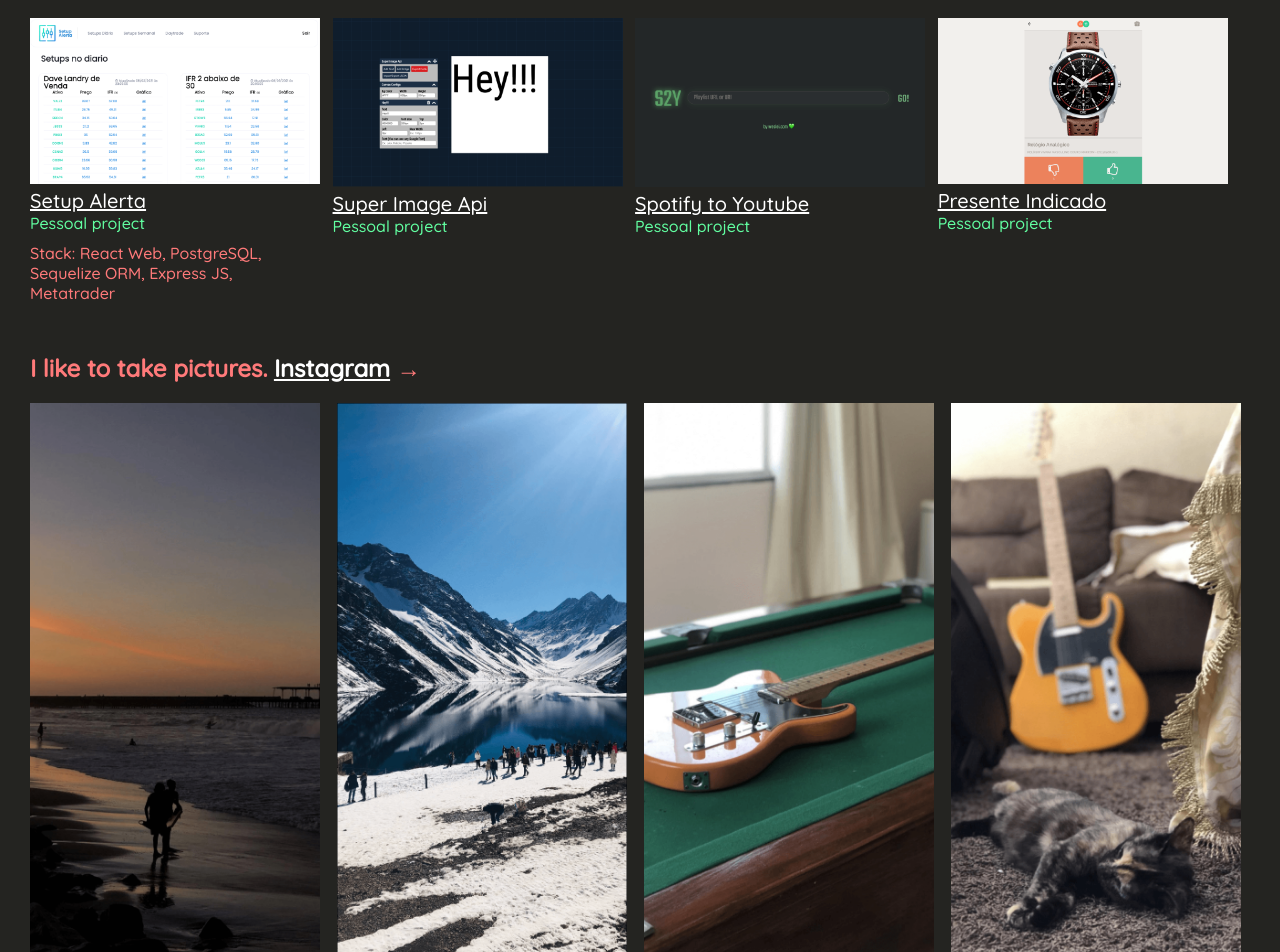
Repository: wprudencio/mywebsite
Page: index_src.html
An editor plug-in stored every save of this project. The page is shown before and after the next save, followed by the edit.
The browser window is 1280 px wide. The pictures show the part of the page from y = 372 to 1324 px (the page is 2030 px tall before and 2032 px after).

Above is the page before, as saved 2021-04-15 21:26:56.

### index_src.html
<!DOCTYPE html>
<html lang="en">
  <head>
    <meta charset="UTF-8" />
    <meta name="viewport" content="width=device-width, initial-scale=1.0" />
    <meta http-equiv="X-UA-Compatible" content="ie=edge" />
    <meta name="description" content="Software Developer with a Passion for Music. I like math, design, music, photography, technology and sports.">
    <meta name="keywords" content="Software Engineer,nodejs,node,node.js,javascript,react,react-native,react,postgree,dokku,docker,css,html,fullstack,fullstack developer">
    <title>Weslei Prudencio - Fullstack Developer</title>
    <link rel="stylesheet" type="text/css" href="style.css" />
    <link rel="preconnect" href="https://fonts.gstatic.com" />
    <link rel="shortcut icon" href="img/favicon.ico">
    <link
      href="https://fonts.googleapis.com/css2?family=Quicksand:wght@500&display=swap"
      rel="stylesheet"
    />
  </head>
  <body>
    <div class="header">
      <div class="titles">
        <h1 class="title">I'm Weslei Prudencio</h1>
        <div class="subtile subcolor">
          Software Developer with a Passion for Music. Living in <a target="_blank" href="https://www.google.com/maps/search/fortaleza/@-3.7402515,-38.5448821,14.12z">Fortaleza</a>,
          Brazil. I like math, design, music, photography, technology and sports.
        </div>
        <div class="social-links">
          <a target="_blank" href="/img/contactme.png">Email</a> . <a target="_blank" href="https://api.whatsapp.com/send?phone=+5585997731370&text=hey!"> Whatsapp</a> . <a target="_blank" href="https://github.com/wprudencio">Github</a> .
          <a target="_blank" href="https://stackoverflow.com/users/1723176/weslei-prudencio">Stackoverflow</a> . <a target="_blank" href="https://www.instagram.com/wesprudencio/">Instagram</a> .
          <a target="_blank" href="https://www.youtube.com/user/wesleiwpa">Youtube</a> . <a target="_blank" href="https://www.strava.com/athletes/46133690">Strava</a>
        </div>
      </div>
      <div class="profile-picture"><img src="./img/weslei.png" /></div>
    </div>

    <section class="code">
      <h1 class="title">
        I like to code . <a href="https://github.com/wprudencio" target="_blank" class="subcolor">GitHub</a>
        <span class="hide-on-mobile">→</span>
      </h1>
      <div class="hide-on-mobile">

        <div class="code-content">
          <img src="img/screenshot_setupalerta.png" width="300" />
          <div class="title"><a class="title" href="https://www.setupalerta.com.br">Setup Alerta</a></div>
          <div class="subtitle">Pessoal project</div>
          <div class="description">
            Stack: React Web, PostgreSQL, Sequelize ORM, Express JS, Metatrader
          </div>
        </div>
        <div class="code-content">
          <img src="img/screenshot_superimageapi.png" width="300" />
          <div class="title"><a class="title" href="https://superimageapi.weslei.com/">Super Image Api</a></div>
          <div class="subtitle">Pessoal project</div>
          <!-- <div class="description">
            Software Developer with a Passion for music and design. Living in Fortaleza,
            Brazil. I like music, design, technology, and found in software
            development the perfect balance. Django
          </div> -->
        </div>
        <div class="code-content">
          <img src="img/screenshot_s2y.png" width="300" />
          <div class="title"><a class="title" href="https://spotifytoyoutube.weslei.com/">Spotify to Youtube</a></div>
          <div class="subtitle">Pessoal project</div>
          <!-- <div class="description">
            Software Developer with a Passion for Design. Living in Fortaleza,
            Brazil. I like math, design, technology, and found in software
            development the perfect balance. Django
          </div> -->
        </div>
        <div class="code-content">
          <img src="img/screenshot_presenteindicado.png" width="300" />
          <div class="title"><a class="title" href="https://presenteindicado.herokuapp.com/">Presente Indicado</a></div>
          <div class="subtitle">Pessoal project</div>
          <!-- <div class="description">
            Software Developer with a Passion for music and design. Living in Fortaleza,
            Brazil. I like music, design, technology, and found in software
            development the perfect balance. Django
          </div> -->
        </div>

        <!-- <div class="code-content">
          <img src="img/screenshot_s2y.png" width="300" />
          <div class="title">Setup Alerta</div>
          <div class="subtitle">Pessoal project</div>
          <div class="description">
            Software Developer with a Passion for Design. Living in Fortaleza,
            Brazil. I like math, design, technology, and found in software
            development the perfect balance. Django
          </div>
        </div> -->
      </div>
    </section>

    <section class="photo">
      <h1 class="title">
        I like to take pictures. <a href="https://www.instagram.com/wesprudencio/" target="_blank" class="subcolor">Instagram</a href="">
        <span class="hide-on-mobile">→</span>
      </h1>
      <div class="section-content hide-on-mobile">
        <img src="img/photo1.png" />
        <img src="img/photo2.png" />
        <img src="img/photo3.png" />
        <img src="img/photo4.png" />
      </div>
    </section>
    <section class="music">
      <h1 class="title">
        I like to play . <a href="https://www.youtube.com/user/wesleiwpa" target="_blank" class="subcolor">YouTube</a>
        <span class="hide-on-mobile">→</span>
      </h1>
      <div class="section-content hide-on-mobile">
        <iframe
          src="https://www.youtube.com/embed/yPIpGEmBJB4"
          frameborder="0"
          allow="accelerometer; autoplay; clipboard-write; encrypted-media; gyroscope; picture-in-picture"
          allowfullscreen
        ></iframe>
        <iframe
          src="https://www.youtube.com/embed/cLxHDwdbUxs"
          frameborder="0"
          allow="accelerometer; autoplay; clipboard-write; encrypted-media; gyroscope; picture-in-picture"
          allowfullscreen
        ></iframe>
        <iframe
          src="https://www.youtube.com/embed/GoNQzONj6T8"
          frameborder="0"
          allow="accelerometer; autoplay; clipboard-write; encrypted-media; gyroscope; picture-in-picture"
          allowfullscreen
        ></iframe>
        <iframe
          src="https://www.youtube.com/embed/zvhm4AExjm4"
          frameborder="0"
          allow="accelerometer; autoplay; clipboard-write; encrypted-media; gyroscope; picture-in-picture"
          allowfullscreen
        ></iframe>
      </div>
    </section>

    <footer>Made with love in 🇧🇷</footer>


<!-- Global site tag (gtag.js) - Google Analytics -->
<script async src="https://www.googletagmanager.com/gtag/js?id=G-LMNC2LT64Z"></script>
<script>
  window.dataLayer = window.dataLayer || [];
  function gtag(){dataLayer.push(arguments);}
  gtag('js', new Date());

  gtag('config', 'G-LMNC2LT64Z');
</script><!-- Global site tag (gtag.js) - Google Analytics -->
<script async src="https://www.googletagmanager.com/gtag/js?id=G-LMNC2LT64Z"></script>
<script>
  window.dataLayer = window.dataLayer || [];
  function gtag(){dataLayer.push(arguments);}
  gtag('js', new Date());

  gtag('config', 'G-LMNC2LT64Z');
</script>
  </body>
</html>

### style.css
body {
  background-color: #242421;
  font-family: "Quicksand", sans-serif;
  color: #ff7a7a;
  max-width: 1400px;
  margin: 0 auto;
  padding: 30px;
}
section {
  margin-top: 50px;
}
a {
  color: #ffff;
}

.social-links {
  padding-top: 17px;
}

.header {
  display: flex;
  flex-direction: row;
  margin: auto;
}

.code > div {
  display: flex;
}

.code-content {
  max-width: 23.8%;
}

.code-content:not(:first-child) {
  padding-left: 1%;
}

.code-content > img {
  width: 100%;
}

.code-content .title {
  font-size: 20px;
}

.code-content .subtitle {
  color: #62ffa1;
}

.code-content .description {
  margin-top: 10px;
  color: #ff7a7a;
}

.header .titles {
  margin: auto 0;
}

.header .subtile {
  margin-right: 50px;
}

.profile-picture > img {
  width: 256px;
  margin: auto;
}

section.photo img {
  width: 23.8%;

  margin: auto;
}

section.photo img:not(:last-child) {
  padding-right: 1%;
}

section.music iframe {
  width: 23.8%;
  height: 500px;
}

section.music iframe:not(:last-child) {
  padding-right: 1%;
}
footer {
  margin-top: 40px;
}

@media only screen and (min-width: 1077px) {
}

@media only screen and (max-width: 800px) {
  .hide-on-mobile {
    display: none !important;
  }

  .profile-picture > img {
    width: 120px;
    margin: auto;
  }
}

After the next save:
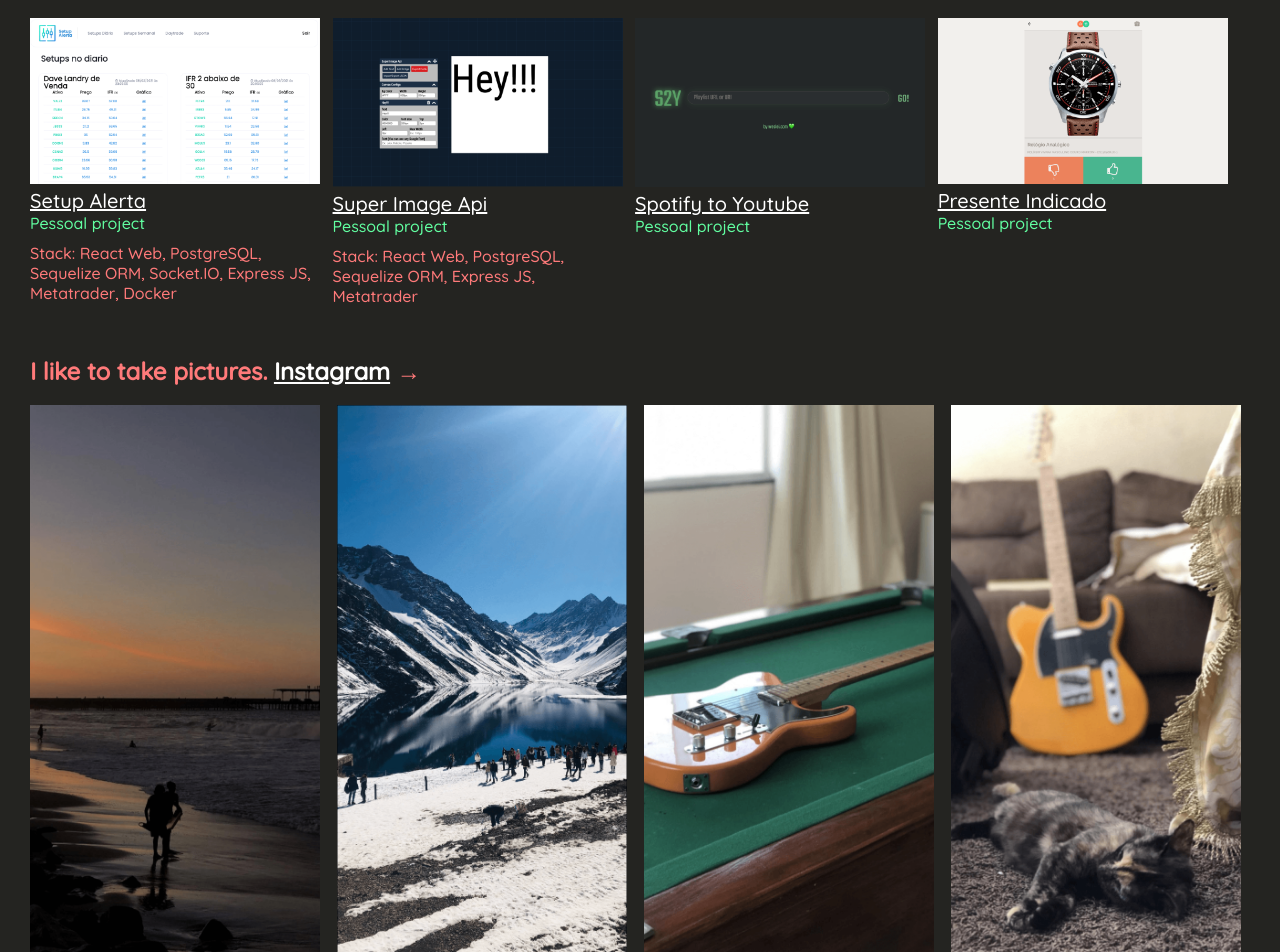
Saved 35 s later.
--- a/index_src.html
+++ b/index_src.html
@@ -44,18 +44,16 @@
           <div class="title"><a class="title" href="https://www.setupalerta.com.br">Setup Alerta</a></div>
           <div class="subtitle">Pessoal project</div>
           <div class="description">
-            Stack: React Web, PostgreSQL, Sequelize ORM, Express JS, Metatrader
+            Stack: React Web, PostgreSQL, Sequelize ORM, Socket.IO, Express JS, Metatrader, Docker
           </div>
         </div>
         <div class="code-content">
           <img src="img/screenshot_superimageapi.png" width="300" />
           <div class="title"><a class="title" href="https://superimageapi.weslei.com/">Super Image Api</a></div>
           <div class="subtitle">Pessoal project</div>
-          <!-- <div class="description">
-            Software Developer with a Passion for music and design. Living in Fortaleza,
-            Brazil. I like music, design, technology, and found in software
-            development the perfect balance. Django
-          </div> -->
+          <div class="description">
+            Stack: React Web, PostgreSQL, Sequelize ORM, Express JS, Metatrader
+          </div>
         </div>
         <div class="code-content">
           <img src="img/screenshot_s2y.png" width="300" />
